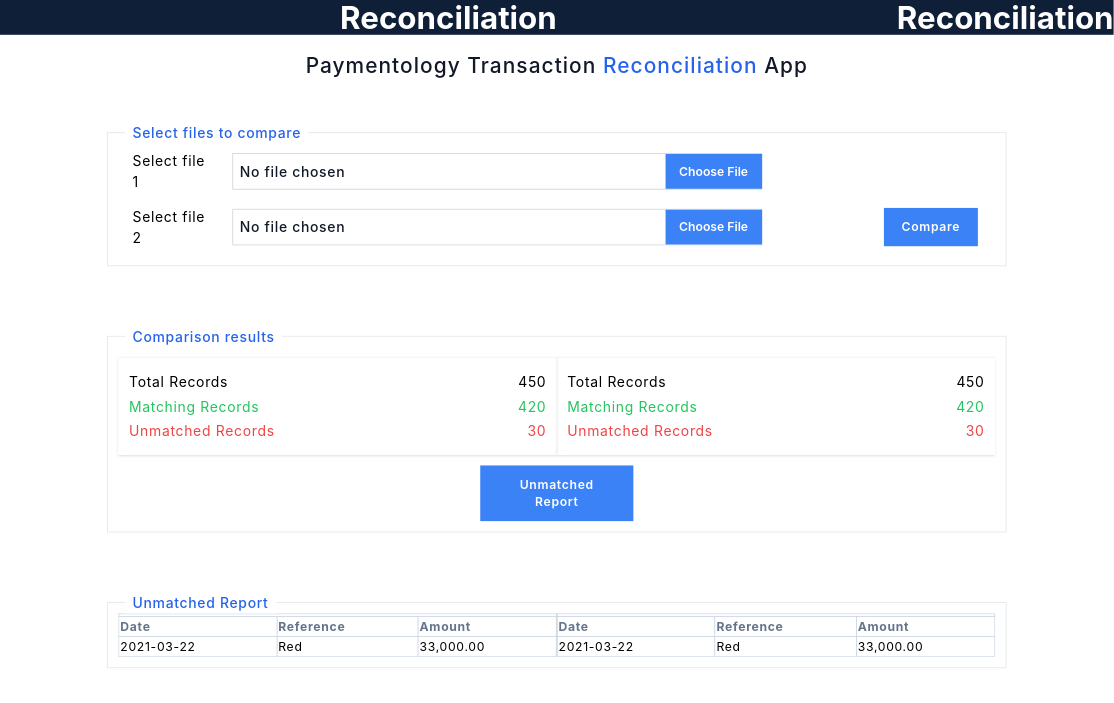
Repository: chionye/paymentology-front
Page: /
An editor plug-in stored every save of this project. The page is shown before and after a run of saves, followed by the edit.
The browser window is 1280 px wide. The pictures show the whole page, at 87% of full size.
The project was rebuilt for these pictures with package versions that can differ from the ones it lists, and the page was loaded fresh each time.

Above is the page before, as saved 2022-03-20 13:36:52.

### src/index.css
@tailwind base;
@tailwind components;
@tailwind utilities;

body {
  margin: 0;
  padding:0;
  box-sizing: border-box;
  font-family: -apple-system, BlinkMacSystemFont, 'Segoe UI', 'Roboto', 'Oxygen',
    'Ubuntu', 'Cantarell', 'Fira Sans', 'Droid Sans', 'Helvetica Neue',
    sans-serif;
  -webkit-font-smoothing: antialiased;
  -moz-osx-font-smoothing: grayscale;
}

input[type=file]::file-selector-button {
  position: absolute;
  right:-5px;
  top:0;

}
input[type=file]::-ms-browse {
  position: absolute;
  right:-5px;
  top:0;
}

input[type=file]::-webkit-file-upload-button {
  position: absolute;
  right:-5px;
  top:0;
}

### src/App.js
import Banner from "./components/Banner";
import CompareFiles from "./components/CompareFiles";
import { FileProvider } from "./context/index.context";
import Results from "./components/Results";
import Report from "./components/Report";
import Title from "./components/Title";

function App() {
  return (
    <FileProvider>
      <Banner />
      <Title />

      <CompareFiles />
      <Results />
      <Report />
    </FileProvider>

  );
}

export default App;

### src/components/Banner.js
import BannerImg from "../assets/PaymentologyImg.png";

const Banner = () => {
    const style = {
        background: "#0f1f38"
    }
    return(
        <div style={style} className="flex flex-col md:flex-row md:justify-between md:items-center">
            <div className="w-1/2 text-white text-4xl font-bold text-right">
                <h1>Reconciliation</h1>
            </div>
            <div className="w-1/2 text-white text-4xl font-bold text-right">
                <h1>Reconciliation</h1>
            </div>

        </div>
    )
}

export default Banner;

### src/components/CompareFiles.js
import Button from "./Button";
import Container from "./Container";
import InputFile from "./InputFile";
import Section from "./Section";
import { useFileContext } from "../context/index.context";

const CompareFiles = () => {
    const {file, setFile} = useFileContext();

    const saveFile_1 = e => {
        setFile({
            ...file,
            file1: e.target.files[0],
            fileName1: e.target.files[0].name
        })
    }

    const saveFile_2 = e => {
        setFile({
            ...file,
            file2: e.target.files[0],
            fileName2: e.target.files[0].name
        })
    }

    return(
        <Container>
            <Section title={"Select files to compare"}>
                <InputFile
                file={"Select file 1"}
                handleFile={saveFile_1}
                 />
                <div className="flex flex-col md:flex-row md:items-center md:justify-between">
                    <InputFile
                    file={"Select file 2"}
                    handleFile={saveFile_2}
                    />
                    <div className="my-3 md:my-0 md:mr-5">

                    <Button width={"w-full"} label={"Compare"} />
                    </div>

                </div>
            </Section>
        </Container>

    )
}

export default CompareFiles;

### src/context/index.context.js
import { createContext, useContext, useState } from "react";

const FileContext = createContext(null);

export const FileProvider = ({children}) => {
     const [file, setFile] = useState({
        file1: '',
        fileName1: '',
        file2:'',
        fileName2: ''
    });

    return(
        <FileContext.Provider value={{file, setFile}}>
            {children}
        </FileContext.Provider>
    )
}

export const useFileContext = () => useContext(FileContext);

### src/components/Results.js
import Button from "./Button";
import Container from "./Container";
import FileSummary from "./FileSummary";
import Section from "./Section";
import { useFileContext } from "../context/index.context";

const Results = () => {
    const { file } = useFileContext();
    return(
        <Container>
            <Section title={"Comparison results"}>
                <div className="flex flex-col md:flex-row md:justify-between md:items-center">
                    <FileSummary
                        fileName={file.fileName1}
                        totalRecords={450}
                        matchingRecords={420}
                        unmatchedRecords={30}
                    />
                    <FileSummary
                        fileName={file.fileName2}
                        totalRecords={450}
                        matchingRecords={420}
                        unmatchedRecords={30}
                    />
                </div>
                <div className="md:flex md:w-44 md:justify-center md:mx-auto">
                        <Button width={"w-full"} label={"Unmatched Report"} />
                </div>
            </Section>
        </Container>
    )
}

export default Results;

### src/components/Report.js
import Container from "./Container";
import Section from "./Section";
import FileReports from "./FileReports";


const Report = () => {

    return(
        <Container>
            <Section title={"Unmatched Report"}>
                <FileReports />
            </Section>
        </Container>
    )
}

export default Report;

### src/components/Title.js
import Container from "./Container"

const Title = () => {
    return(
        <Container>
            <div className="md:w-5/6 mx-auto">
                <h1 className="font-medium tracking-wider text-center  leading-loose text-xl md:text-2xl text-gray-900">Paymentology Transaction <span className="text-blue-600">Reconciliation</span> App</h1>

            </div>
        </Container>
    )
}

export default Title;

### src/components/Button.js
const Button = (props) => {

    return <button className={`${props.width} bg-blue-500 hover:bg-blue-700 py-3 px-5 text-sm text-white font-semibold`} disabled={true}>{props.label}</button>
}

export default Button;

### src/components/Container.js
const Container = (props) => {

    return <div className="p-5 mx-auto">{props.children}</div>
}
export default Container;

### src/components/InputFile.js


const InputFile = (props) => {


    return(
        <div className="flex flex-col md:flex-row w-full md:w-3/4 md:items-center md:justify-between text-sm md:text-base tracking-wider my-2 md:px-4">
            <label className="w-28 ">{props.file}</label>
            <div className="w-full border border-1 border-gray-300 py-2.5 sm:py-2 relative md:ml-5">
                <input type="file"
                        className="block
                        font-medium
                        tracking-wider
                        w-full
                        pl-2
                        appearance-none
                        text-gray-900
                        file:py-2.5
                        file:px-4
                        file:border-0
                        file:text-sm
                        file:font-semibold
                        file:bg-blue-500
                        hover:file:bg-blue-700
                        file:text-white"
                        onChange={props.handleFile}
                    />
            </div>

        </div>
    )
}

export default InputFile;

### src/components/Section.js

const Section = (props) => {
    return(
        <div className="relative md:w-5/6  h-auto p-3 border border-1 border-gray mx-auto my-5 tracking-wider">
            <div className="absolute font-medium -top-3 left-1 md:left-5 bg-white  text-blue-600 px-2">{props.title}</div>
            {props.children}
        </div>
    )
}

export default Section;

### src/components/FileSummary.js
const FileSummary = (props) => {
    return(
        <div className="shadow text-sm md:text-base p-3 my-3 w-full md:w-1/2  max-w-lg tracking-wider ">
            <div className="font-semibold text-xl">{props.fileName}</div>
            <div className="flex flex-row justify-between my-1">
                <span>Total Records</span>
                <span>{props.totalRecords}</span>
            </div>
            <div className="flex flex-row justify-between my-1 text-green-500">
                <span>Matching Records</span>
                <span>{props.matchingRecords}</span>
            </div>
            <div className="flex flex-row justify-between my-1 text-red-500">
                <span>Unmatched Records</span>
                <span>{props.unmatchedRecords}</span>
            </div>
        </div>
    )
}

export default FileSummary;

### src/components/FileReports.js
import { useFileContext } from "../context/index.context";
import FileReport from './FileReport';

const FileReports = () => {
    const {file} = useFileContext();

    return(
        <div className="w-full overflow-x-scroll flex flex-row">
            <FileReport
                fileName={file.fileName1}
                date={'2021-03-22'}
                reference={'Red'}
                amount={'33,000.00'}
            />
            <FileReport
                fileName={file.fileName2}
                date={'2021-03-22'}
                reference={'Red'}
                amount={'33,000.00'}
            />
        </div>

    )
}

export default FileReports;

### src/components/FileReport.js
const FileReport = (props) => {
    return(
        <table className="w-full border-collapse border-gray-300 text-sm">
            <thead>
                <tr className="text-left">
                    <th className="font-medium text-base border border-slate-300" colSpan={3} >{props.fileName}</th>
                </tr>
                <tr className="text-left text-slate-500">
                    <th className="border border-slate-300">Date</th>
                    <th className="border border-slate-300">Reference</th>
                    <th className="border border-slate-300">Amount</th>
                </tr>
            </thead>
            <tbody>
                <tr>
                    <td className="border border-slate-300">{props.date}</td>
                    <td className="border border-slate-300">{props.reference}</td>
                    <td className="border border-slate-300">{props.amount}</td>
                </tr>
            </tbody>
        </table>
    )
}

export default FileReport;

Loaded but not shown: public/index.html (common file); src/index.js (common file); src/reportWebVitals.js (common file); tailwind.config.js (common file)

After the next 3 saves:
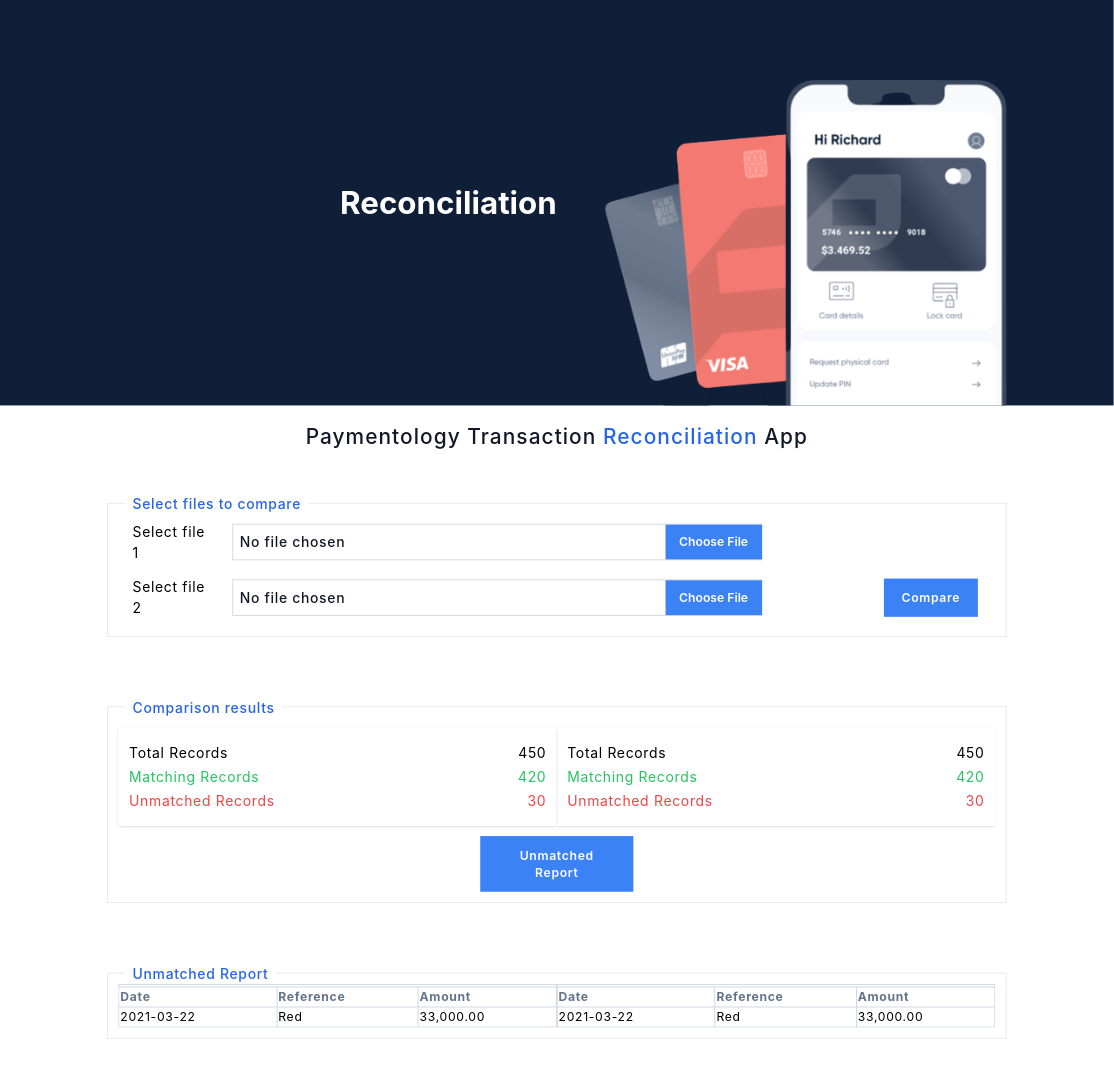
The 3 saves are shown as one change because they came seconds apart.
The last was saved 10 s later.
--- a/src/components/Banner.js
+++ b/src/components/Banner.js
@@ -10,7 +10,7 @@ const Banner = () => {
                 <h1>Reconciliation</h1>
             </div>
             <div className="w-1/2 text-white text-4xl font-bold text-right">
-                <h1>Reconciliation</h1>
+            <img src={BannerImg} alt="Banner" />
             </div>
 
         </div>
